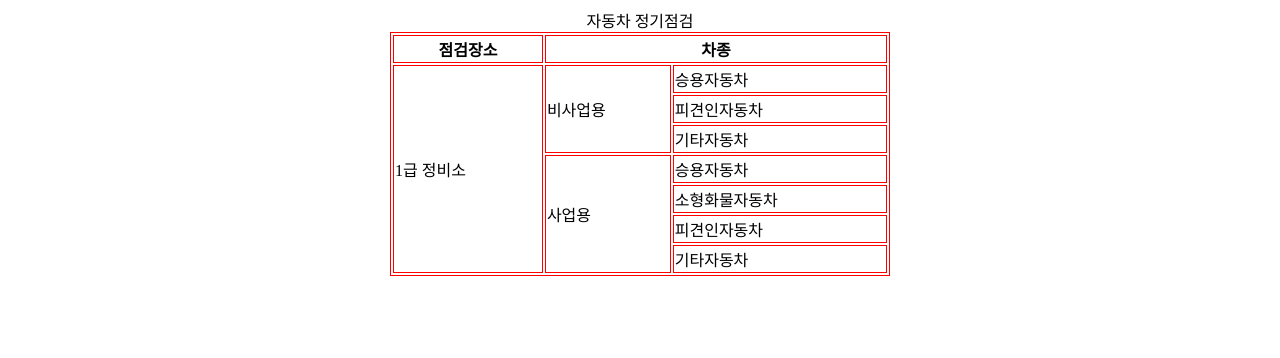
Repository: kisunssong/jsp
Page: http://localhost/test/tabletest.jsp
These files come from the project's save history. The page is drawn as it stood at one moment and after the next save; the edit follows.
The browser window is 1280 px wide. The pictures show the whole page.
The page is served by Tomcat 9.

Above is the page before, as saved 2020-11-01 12:25:19.

### test/WebContent/tabletest.jsp
<%@ page language="java" contentType="text/html; charset=EUC-KR"
    pageEncoding="EUC-KR"%>
<html>
<head><title>테이블 생성 기초</title></head>
<body>
<div align="center">자동차 정기점검
<table border="1" bordercolor="red" width="500">
	<thead>
		<tr>
			<th bordercolor="red">점검장소</th><th colspan="2" bordercolor="red">차종</th>
		</tr>
	</thead>
	<tbody>
		<tr>
			<td rowspan="7" bordercolor="red">1급 정비소</td>
			<td rowspan="3" bordercolor="red">비사업용</td>
			<td bordercolor="red">승용자동차</td>
		</tr>
		<tr>
			<td bordercolor="red">피견인자동차</td>
		</tr>
		<tr>
			<td bordercolor="red">기타자동차</td>
		</tr>
		<tr>
			<td rowspan="4" bordercolor="red">사업용</td>
			<td bordercolor="red">승용자동차</td>
		</tr>
		<tr>
			<td bordercolor="red">소형화물자동차</td>
		</tr>
		<tr>
			<td bordercolor="red">피견인자동차</td>
		</tr>
		<tr>
			<td bordercolor="red">기타자동차</td>
		</tr>
	</tbody>
</table>
</div>
</body>
</html>

After the next save:
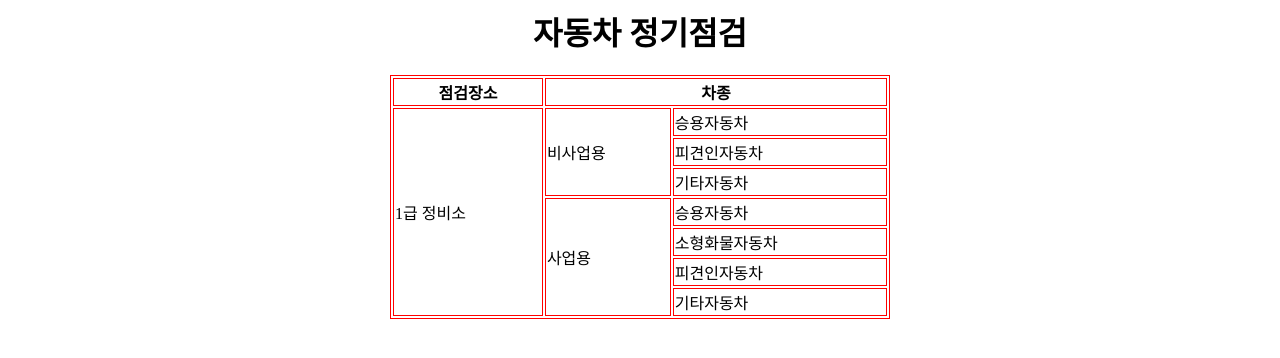
Saved 37 s later.
--- a/test/WebContent/tabletest.jsp
+++ b/test/WebContent/tabletest.jsp
@@ -3,7 +3,8 @@
 <html>
 <head><title>테이블 생성 기초</title></head>
 <body>
-<div align="center">자동차 정기점검
+<div align="center">
+<h1>자동차 정기점검</h1>
 <table border="1" bordercolor="red" width="500">
 	<thead>
 		<tr>
